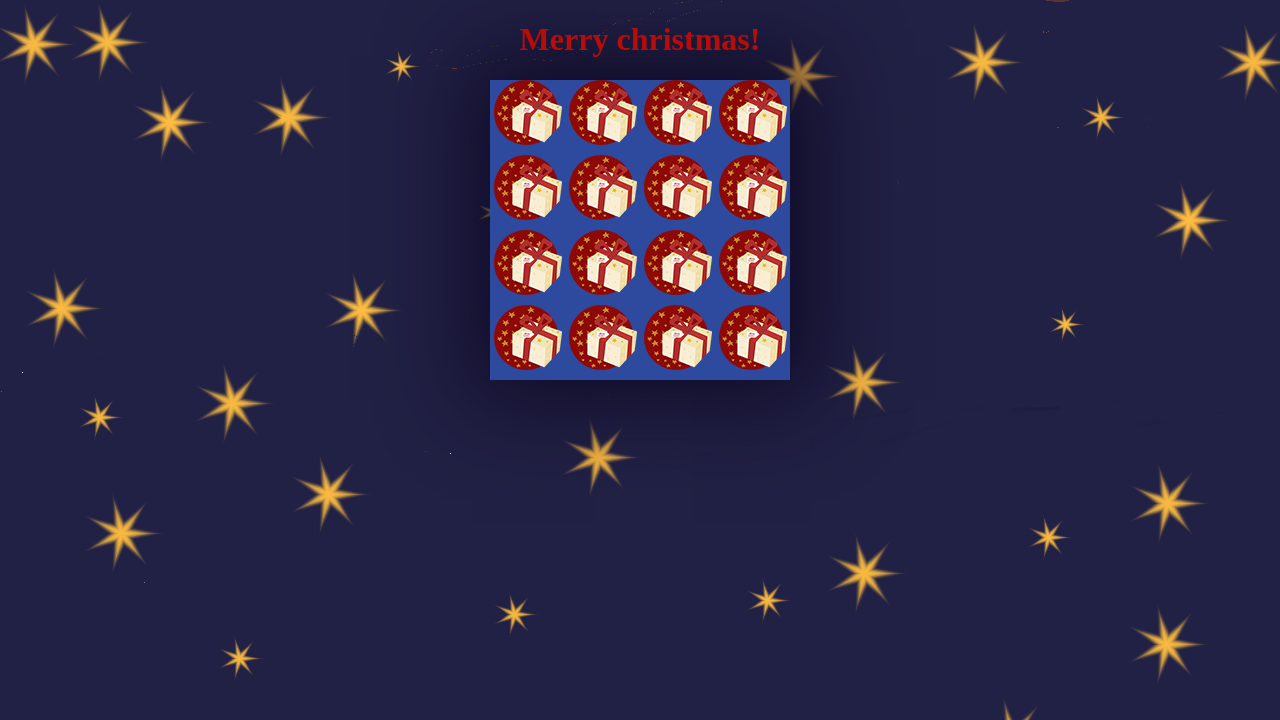
Repository: Angamanga/1dv403-laborationer
Page: 3-gameon/memory/index.html
The author's editor kept a record of every edit. The page is drawn from the files as they stood at one moment, then again after the next edit.
The browser window is 1280 px wide. The pictures show the whole page.
Some web fonts or font styles are not loaded; a fallback is used.

Above is the page before.

### 3-gameon/memory/index.html
<!doctype html>
<html lang="sv">

<head>
    <meta charset="utf-8" />
    <title>Game On!</title>
    <link href='//fonts.googleapis.com/css?family=Mountains+of+Christmas|Raleway:400' rel='stylesheet' type='text/css'>
    <link rel="stylesheet" media="screen and (min-width:501px)" href="css/style.css">
    <link rel="stylesheet" media="screen and (max-width:500px)" href="css/mobile.css">
    <meta name="viewport" content="width=device-width, minimum-scale=1">



</head>

<body>
    <main>
        <h1>Merry christmas!</h1>

            <div id="game1"></div>
            <!--<div id="game2"></div>-->


    </main>
     <script src="js/random.js"></script>
     <script src="js/brick.js"></script>
    <script src="js/memory.js"></script>
    <script src="js/script.js"></script>
</body>
</html>

### 3-gameon/memory/css/style.css
/*@media screen and (min-width: 501px)*/
body{
     font-family: 'Raleway', sans-serif;
    background:url(christmassy.png);
    background-color:#E6C79C;
    color:#B80C09;
}
main{
    max-width:960px;
    margin:auto;
    text-align:center;
}
main h1 {
     font-family: 'Mountains of Christmas', cursive;
}
#game1{
    background:#2e4a9e;
    overflow:hidden;
    -webkit-box-shadow: 3px -2px 82px 21px rgba(16,10,38,1);
    -moz-box-shadow: 3px -2px 82px 21px rgba(16,10,38,1);
    box-shadow: 3px -2px 82px 21px rgba(16,10,38,1);
    margin:20px;
    margin:0 auto;
}

#game2{
    margin:0 auto;
    border: 1px dotted grey;
}
#game1 > div, #game2>div{
    float:left;
    width:75px;
    height:75px
}

### 3-gameon/memory/js/random.js

var RandomGenerator = {

	/*
		Denna metod tar antalet rader och columner som inparameter.

		Metoden returnerar en array inneh�llandes utslumpade tal mellan 1 och (rows*cols)/2. Varje tal representeras tv�
		g�nger och motsvarar s�ledes en spelbricka.

		I en 4*4 matris kan Arrayen t.ex. se ut s� h�r:
		[1,2,6,8,6,2,5,3,1,3,7,5,8,4,4,7]

		I en 2*4 matris kan Arrayen t.ex. se ut s� h�r:
		[3,4,4,1,2,1,2,3]
	*/

	getPictureArray: function(rows, cols)
	{
		var numberOfImages = rows*cols;
		var maxImageNumber = numberOfImages/2;

	   	var imgPlace = [];

	   //Utplacering av bilder i Array
	   for(var i=0; i<numberOfImages; i++)
		  imgPlace[i] = 0;

		for(var currentImageNumber=1; currentImageNumber<=maxImageNumber; currentImageNumber++)
		{
			var imageOneOK = false;
			var imageTwoOK = false;

			do
			{
				if(imageOneOK == false)
				{
					var randomOne = Math.floor( (Math.random() * (rows*cols-0) + 0) );

					if( imgPlace[randomOne] == 0 )
					{
						imgPlace[randomOne] = currentImageNumber;
						imageOneOK = true;
					}
				}

				if(imageTwoOK == false)
				{
					var randomTwo = Math.floor( (Math.random() * (rows*cols-0) + 0) );

					if( imgPlace[randomTwo] == 0 )
					{
						imgPlace[randomTwo] = currentImageNumber;
						imageTwoOK = true;
					}
				}
			}
			while(imageOneOK == false || imageTwoOK == false);
		}

		return imgPlace;
	}
}

### 3-gameon/memory/js/brick.js
"use strict";
function Brick(id){

	this.getBrickID = function(){
		return id;
	};
	this.getBrickSrc= function(){
		return "pics/" + id +".png";
	};


	}

### 3-gameon/memory/js/memory.js
"use strict";

var Memory = function(rows, cols, gameID) {
    this.rows = rows; // antal rader
    this.cols = cols; // antal kolumner
    this.gameID = gameID; //hanvisning till div id
    this.order = RandomGenerator.getPictureArray(rows, cols); //array med slumpade nummer
    this.bricks = []; //array med brickor som ska anvandas
    this.flippedBricks = [];//array för att hålla koll på och jämföra de brickor som vänts
    this.counter = 0; //räknar hur många brickor som är vända
    this.nbCorrectGuesses = 0; //räknar hur många rätta gissningar användaren gjort
    this.classID; //håller koll på föregående brickas klass för att kunna lägga tillbaka bakgrundsbilden då båda brickorna vänts upp
    this.nbGuesses = 0; //håller koll på antal gjorda försök

};
//funktion för att vända en bricka
Memory.prototype.flipBrick = function(n) {
        if (this.counter === 0) {
            this.flippedBricks.push(this.bricks[n].getBrickID());
            this.classID = n;
            return this.bricks[n].getBrickSrc();
        }
        else if (this.counter === 1) {
            this.flippedBricks.push(this.bricks[n].getBrickID());
            return this.bricks[n].getBrickSrc();
        }
    }
//ritar upp memorybordet
Memory.prototype.addBricks = function(n) {
    var memBoard = document.getElementById(this.gameID);  //letar reda på rätt div
    var a = document.createElement("a");            //variabel för att skapa en länk
    var backImage = document.createElement("img");  //variabel för att skapa bilderna
    var div = document.createElement("div");        //variabel för att skapa divar att lägga bilderna i

    memBoard.style.height=(this.rows*75+"px");      //sätter höjd och bredd på spelplanen beroende på hur många rader och kolumner det är
    memBoard.style.width=(this.cols*75+"px");
    a.setAttribute("href", "#");                    //skapar länk
    backImage.setAttribute("class", n);             //skapar klass på varje bild
    backImage.src = "pics/back.png";                //ritar ut baksidan på brickorna
    memBoard.appendChild(div);
    div.appendChild(a);
    a.appendChild(backImage);

    //klickevent för att vända brickorna och göra kontroller beroende på hur många brickor som vänts upp, hur många som är rätt osv.
    a.onclick = function(e) {
        console.log(this.nbCorrectGuesses);
        if (this.counter === 0) {
            backImage.src = this.flipBrick(n);
            this.counter = 1;
            this.nbGuesses += 1;
            }
        else if (this.counter === 1) {
            backImage.src = this.flipBrick(n);
            if (this.flippedBricks[0] === this.flippedBricks[1]) {
                this.nbCorrectGuesses += 2;
                    if (this.nbCorrectGuesses === this.bricks.length) {
                         while (memBoard.hasChildNodes()) {
                        memBoard.removeChild(memBoard.lastChild);
                            var p=document.createElement("p");

                         }
                        p.innerHTML="Grattis! Du klarade spelet på " + this.nbGuesses + " gissningar! Vill du starta ett nytt spel?";
                        var newGame = document.createElement("a");
                        newGame.setAttribute("href", "#");
                        newGame.innerHTML="Ja!";
                        newGame.onclick=function(){
                                while (memBoard.hasChildNodes()) {
                        memBoard.removeChild(memBoard.lastChild);}
                           MemoryApp.init();
                        }
                        memBoard.appendChild(p);
                        memBoard.appendChild(newGame);


                    }

            }
            else {
                    setTimeout(function() {
                        backImage.src = "pics/back.png";
                        var firstBrick = memBoard.getElementsByClassName(this.classID)[0];
                     firstBrick.src="pics/back.png";
                        }.bind(this), 700);
                    }
                this.flippedBricks=[];
                this.counter=0;
                }

    }.bind(this);

};

Memory.prototype.start = function() {
    //skapar brickor med slumpade id:n och lagger dom i arrayen bricks.
    for (var i = 0; i < this.order.length; i++) {
        this.bricks[i] = new Brick(this.order[i]);
    }
    //lagger ut brickorna pa sidan
    for (var j = 0; j < this.bricks.length; j++) {
        this.addBricks(j);
    }
};

### 3-gameon/memory/js/script.js
"use strickt";
var MemoryApp = {
   init: function(){
      var mem1 = new Memory(4,4,"game1");
      //var mem2 = new Memory(4,3,"game2");
      mem1.start();
      //mem2.start();
   }
};

window.onload=MemoryApp.init();

### 3-gameon/memory/css/mobile.css
/*@media screen and (max-width: 500px)*/
body{
    font-family: 'Mountains of Christmas', cursive;
    background-color:#E6C79C;
    color:#143109;
}
main{
    max-width:90%;
    background-color:#B80C09;
    margin:auto;
}

After the next edit:
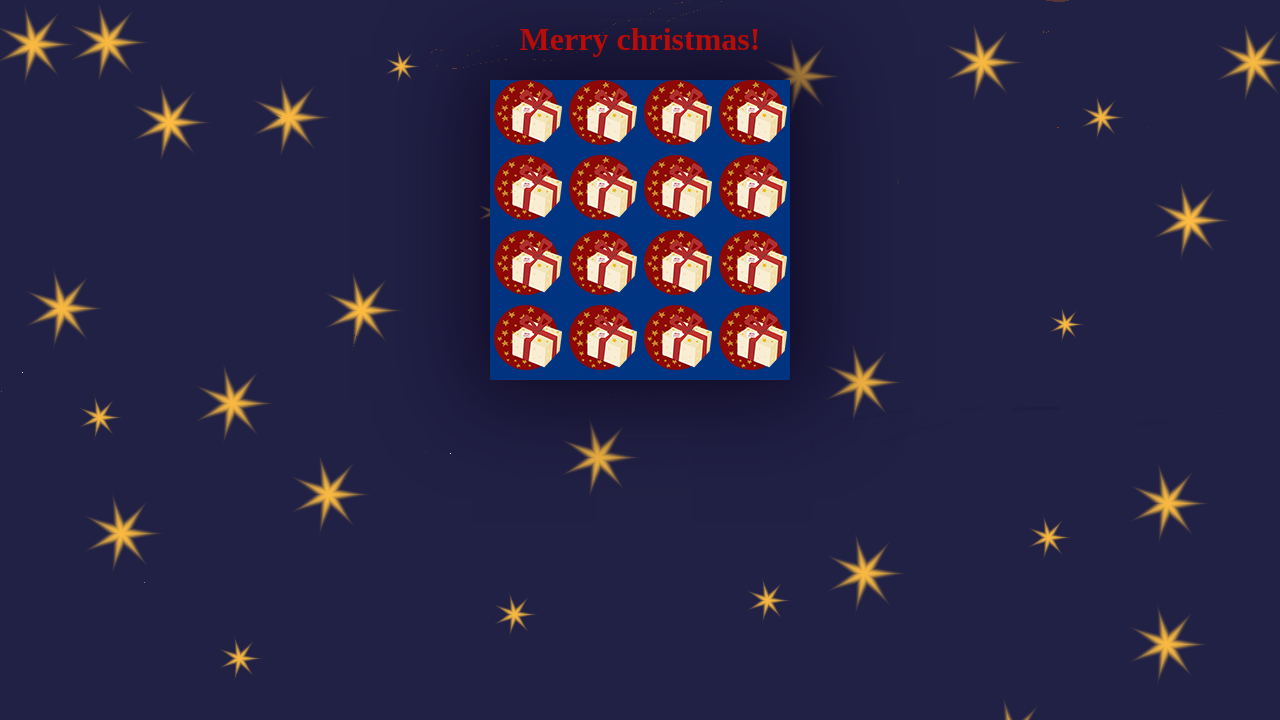
The edit:
--- a/3-gameon/memory/css/style.css
+++ b/3-gameon/memory/css/style.css
@@ -14,7 +14,7 @@
      font-family: 'Mountains of Christmas', cursive;
 }
 #game1{
-    background:#2e4a9e;
+    background:#003380;
     overflow:hidden;
     -webkit-box-shadow: 3px -2px 82px 21px rgba(16,10,38,1);
     -moz-box-shadow: 3px -2px 82px 21px rgba(16,10,38,1);
